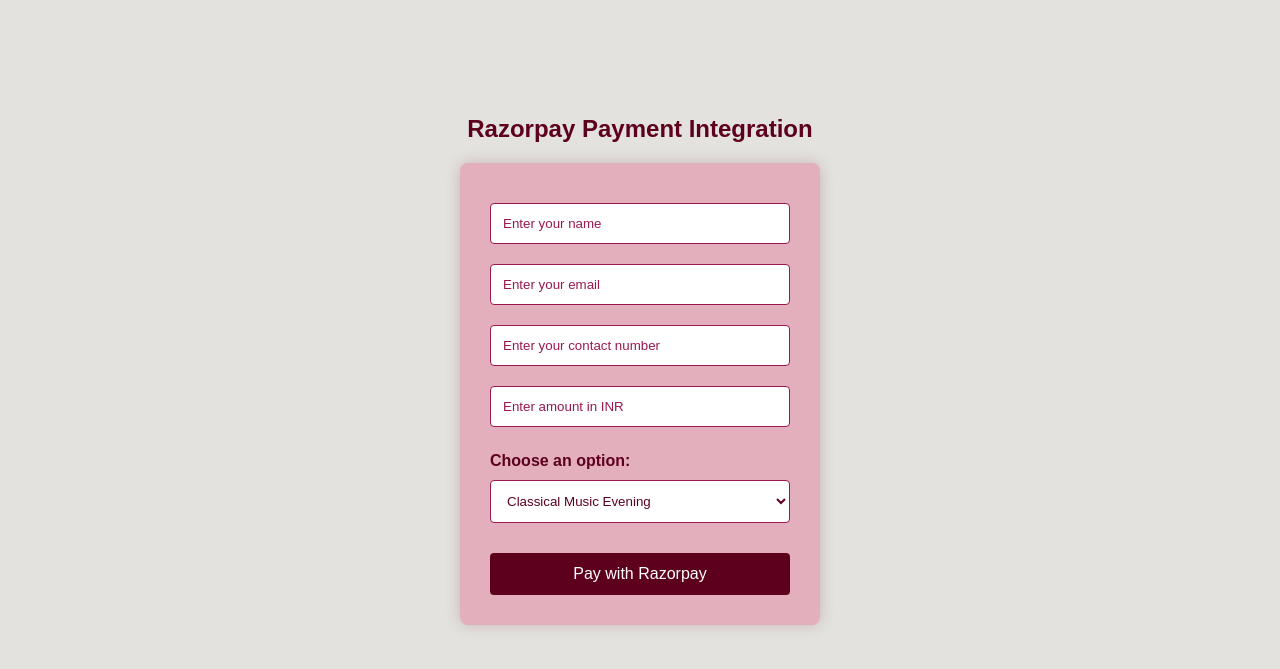
Repository: SharonSebastian32/razorpaypaymentgateway_implementation
Page: bookEventpage.html
An editor plug-in stored every save of this project. The page is shown before and after the next save, followed by the edit.
The browser window is 1280 px wide. The pictures show the whole page.

Above is the page before, as saved 2024-08-09 07:01:42.

After the next save:
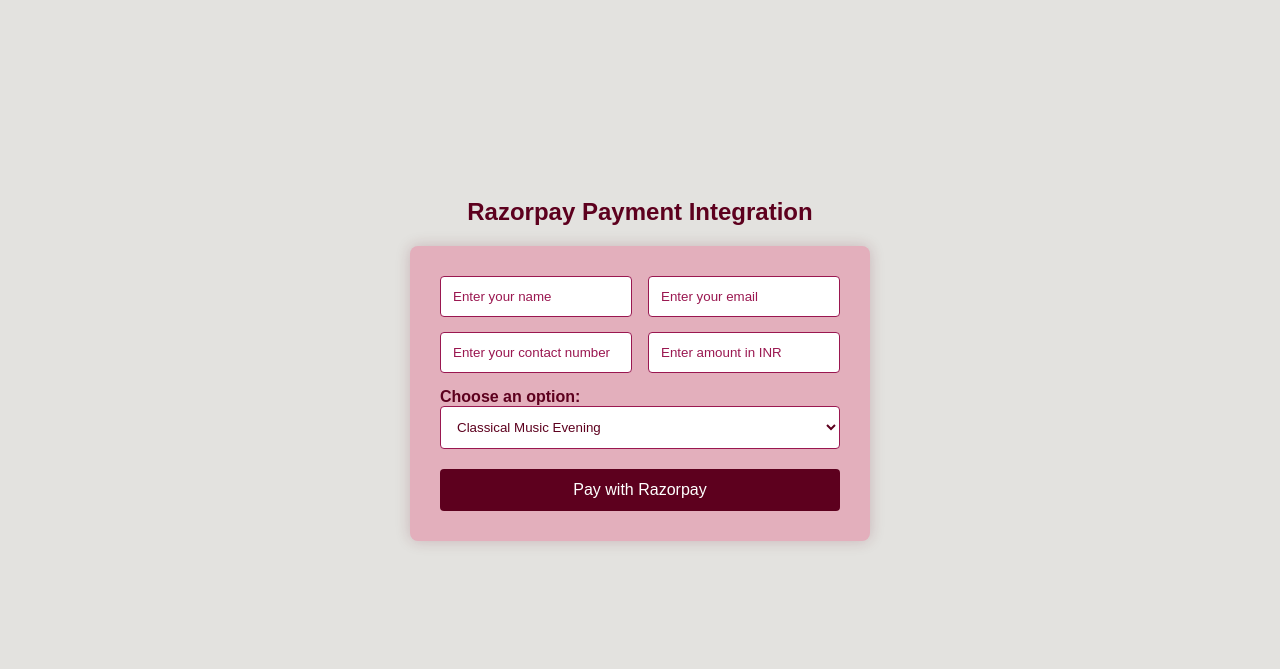
Saved 2 min 24 s later.
--- a/bookEventpage.html
+++ b/bookEventpage.html
@@ -26,14 +26,23 @@
         padding: 30px;
         border-radius: 8px;
         box-shadow: 0 0 15px rgba(93, 0, 30, 0.2);
-        width: 300px;
+        width: 400px;
+      }
+
+      .form-row {
+        display: flex;
+        justify-content: space-between;
+        margin-bottom: 15px;
+      }
+
+      .form-group {
+        flex: 0 0 48%;
       }
 
       input,
       select {
         width: 100%;
         padding: 12px;
-        margin: 10px 0;
         border: 1px solid #9a1750;
         border-radius: 4px;
         box-sizing: border-box;
@@ -74,25 +83,42 @@
     <div>
       <h2>Razorpay Payment Integration</h2>
       <form id="paymentForm">
-        <input type="text" id="name" placeholder="Enter your name" required />
-        <input
-          type="email"
-          id="email"
-          placeholder="Enter your email"
-          required
-        />
-        <input
-          type="text"
-          id="contact"
-          placeholder="Enter your contact number"
-          required
-        />
-        <input
-          type="text"
-          id="amount"
-          placeholder="Enter amount in INR"
-          required
-        />
+        <div class="form-row">
+          <div class="form-group">
+            <input
+              type="text"
+              id="name"
+              placeholder="Enter your name"
+              required
+            />
+          </div>
+          <div class="form-group">
+            <input
+              type="email"
+              id="email"
+              placeholder="Enter your email"
+              required
+            />
+          </div>
+        </div>
+        <div class="form-row">
+          <div class="form-group">
+            <input
+              type="text"
+              id="contact"
+              placeholder="Enter your contact number"
+              required
+            />
+          </div>
+          <div class="form-group">
+            <input
+              type="text"
+              id="amount"
+              placeholder="Enter amount in INR"
+              required
+            />
+          </div>
+        </div>
         <label for="choices">Choose an option:</label>
         <select id="choices" name="choices">
           <!-- Options will be dynamically generated here -->
